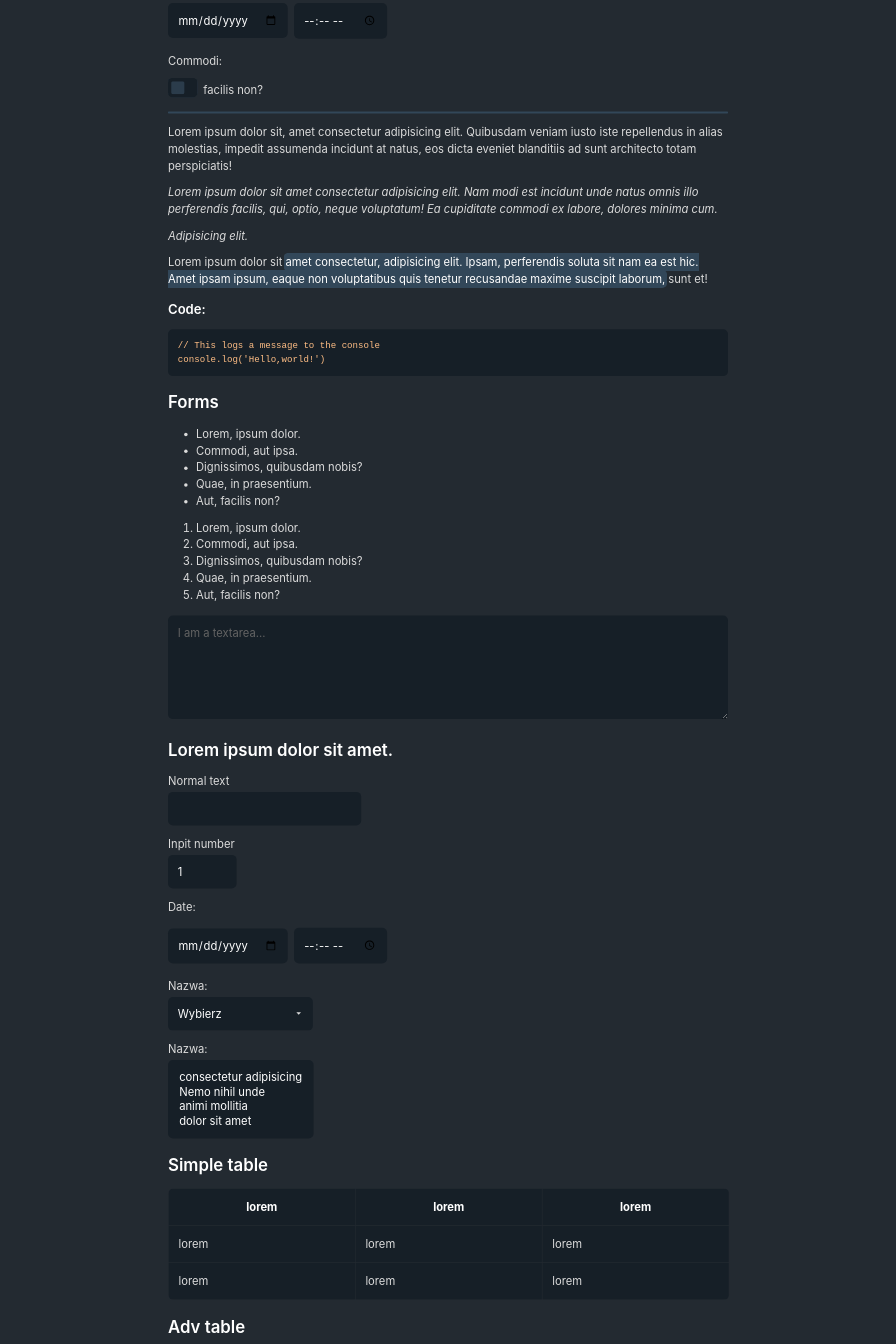
Repository: KozakBartosz/Draft
Page: index.html
These files come from the project's save history. The page is drawn as it stood at one moment and after the next save; the edit follows.
The browser window is 1280 px wide. The pictures show the part of the page from y = 1266 to 3186 px (the page is 6223 px tall before and 6299 px after), at 70% of full size.

Above is the page before, as saved 2019-04-12 13:49:07.

### index.html
<!DOCTYPE html>
<html lang="en">
	<head>
		<meta charset="UTF-8" />
		<meta name="viewport" content="width=device-width, initial-scale=1.0" />
		<meta http-equiv="X-UA-Compatible" content="ie=edge" />
		<title>Draft.css</title>
		<link rel="stylesheet" href="draft.css" />
	</head>
	<body style="--sticky: calc(var(--mainpaddng) * 2 + 52px);">
		<header>
			<div style="float: right">
				Thema:
				<select name="" id="changethema">
					<option value="0">Defult</option>
					<option value="1">Defult mini</option>
					<option value="2">Light</option>
					<option value="3">Blood</option>
					<option value="4">Matrix</option>
				</select>
			</div>
			<h1 style="margin-bottom: 0">
				<input type="checkbox" checked="checked" /> Draft.css
			</h1>
		</header>
		<h1>The most simple css framwork</h1>
		<h2>What is <mark>draft.css</mark></h2>
		<p>
			Draft.css is targeted at quickly creating prototypes of forms and
			simple templates. Designed to written html code looked beautiful and
			did not require any class and non-standard elements.
		</p>

		<h2>Idea</h2>
		<p>
			The idea behind <strong>Draft.css</strong> is to create the most
			beautiful, useful and interesting styles without using Javascript.
		</p>
		<h2>How use?</h2>
		<p>
			All you have to do is add this code to the
			<mark>head</mark> section:
		</p>

		<pre><code>&lt;link rel="stylesheet" href="https://test.kozakbartosz.pl/draft/def.css" /&gt;</code></pre>

		<h1>Examples:</h1>

		<h3>Code:</h3>

		<pre><code>&lt;label&gt;<br />&nbsp; &nbsp; Normal text: &lt;input type="text" placeholder="placeholder..." /&gt;<br />&lt;/label&gt;<br />&lt;label&gt;<br />&nbsp; &nbsp; Inpit number: &lt;input type="number" value="1"/&gt;<br />&lt;/label&gt;<br />Data:<br />&lt;p&gt;<br />&nbsp; &nbsp; &lt;input type="date" /&gt;<br />&nbsp; &nbsp; &lt;input type="time" /&gt;<br />&lt;/p&gt;<br />Commodi:<br />&lt;label&gt;<br />&nbsp; &nbsp; &lt;input type="checkbox" /&gt; facilis non?<br />&lt;/label&gt;</code></pre>
		<h3>Result:</h3>
		<label>
			Normal text
			<input type="text" placeholder="placeholder..." />
		</label>
		<label>
			Inpit number
			<input type="number" value="1" />
		</label>
		Data:
		<p>
			<input type="date" />
			<input type="time" />
		</p>
		Commodi:
		<label> <input type="checkbox" /> facilis non? </label>

		<hr />

		<p>
			Lorem ipsum dolor sit, amet consectetur adipisicing elit. Quibusdam
			veniam iusto iste repellendus in alias molestias, impedit assumenda
			incidunt at natus, eos dicta eveniet blanditiis ad sunt architecto
			totam perspiciatis!
		</p>

		<cite>
			<p>
				Lorem ipsum dolor sit amet consectetur adipisicing elit. Nam
				modi est incidunt unde natus omnis illo perferendis facilis,
				qui, optio, neque voluptatum! Ea cupiditate commodi ex labore,
				dolores minima cum.
			</p>
			<p>Adipisicing elit.</p>
		</cite>

		<p>
			Lorem ipsum dolor sit
			<mark
				>amet consectetur, adipisicing elit. Ipsam, perferendis soluta
				sit nam ea est hic. Amet ipsam ipsum, eaque non voluptatibus
				quis tenetur recusandae maxime suscipit laborum,</mark
			>
			sunt et!
		</p>

		<h3>Code:</h3>
		<pre><code>// This logs a message to the console<br />console.log('Hello,world!')</code></pre>

		<h2>Forms</h2>

		<ul>
			<li>Lorem, ipsum dolor.</li>
			<li>Commodi, aut ipsa.</li>
			<li>Dignissimos, quibusdam nobis?</li>
			<li>Quae, in praesentium.</li>
			<li>Aut, facilis non?</li>
		</ul>
		<ol>
			<li>Lorem, ipsum dolor.</li>
			<li>Commodi, aut ipsa.</li>
			<li>Dignissimos, quibusdam nobis?</li>
			<li>Quae, in praesentium.</li>
			<li>Aut, facilis non?</li>
		</ol>
		<textarea
			name="about"
			id="about"
			placeholder="I am a textarea..."
			rows="6"
		></textarea>
		<h2>Lorem ipsum dolor sit amet.</h2>
		<label>
			Normal text
			<input type="text" />
		</label>
		<label>
			Inpit number <input type="number" / value="1">
		</label>
		Date:
		<p>
			<input type="date" />
			<input type="time" />
		</p>
		<label>
			Nazwa:
			<select name="" id="">
				<option value="">Wybierz</option>
				<option value="">Fuga aut vero</option>
				<option value="">veritatis accusamus</option>
				<option value="">quam</option>
			</select>
		</label>
		<label>
			Nazwa:
			<select name="" id="" multiple>
				<option value="">consectetur adipisicing</option>
				<option value="">Nemo nihil unde</option>
				<option value="">animi mollitia</option>
				<option value="">dolor sit amet</option>
			</select>
		</label>

		<h2>Simple table</h2>

		<table>
			<tr>
				<th>lorem</th>
				<th>lorem</th>
				<th>lorem</th>
			</tr>
			<tr>
				<td>lorem</td>
				<td>lorem</td>
				<td>lorem</td>
			</tr>
			<tr>
				<td>lorem</td>
				<td>lorem</td>
				<td>lorem</td>
			</tr>
		</table>

		<h2>Adv table</h2>
		<p>
			When we added the <code>&lt;thead&gt;</code> and
			<code>&lt;tbody&gt;</code> table has
			<code>table-layout: fixed</code> and
			<code>position: sticky</code> for thead
		</p>

		<table>
			<thead>
				<tr>
					<th width="5%">#</th>
					<th>Kod</th>
					<th>Nazwa</th>
					<th>Opis</th>
					<th width="120px"></th>
				</tr>
			</thead>
			<tbody>
				<tr>
					<td width="5%">1</td>
					<td><code>EDG-651</code></td>
					<td>Lorem ipsum dolor</td>
					<td>
						Lorem ipsum dolor sit amet, consectetur adipisicing
						elitdolor sitamet
					</td>
					<td width="120px" style="text-align: right;">
						<input type="checkbox" />
					</td>
				</tr>
				<tr>
					<td width="5%">2</td>
					<td><code>EDG-652</code></td>
					<td>Lorem ipsum dolor</td>
					<td>
						Lorem ipsum dolor sit amet, consectetur adipisicing
						elitdolor sitamet
					</td>
					<td width="120px" style="text-align: right;">
						<input type="checkbox" />
					</td>
				</tr>
				<tr>
					<td width="5%">3</td>
					<td><code>EDX-652*</code></td>
					<td>Lorem ipsum dolor</td>
					<td>
						Lorem ipsum dolor sit amet, consectetur adipisicing
						elitdolor sitamet
					</td>
					<td width="120px" style="text-align: right;">
						<input type="checkbox" />
					</td>
				</tr>
				<tr>
					<td width="5%">5</td>
					<td><code>EDD-655</code></td>
					<td>Lorem ipsum dolor</td>
					<td>
						Lorem ipsum dolor sit amet, consectetur adipisicing
						elitdolor sitamet
					</td>
					<td width="120px" style="text-align: right;">
						<input type="checkbox" />
					</td>
				</tr>
			</tbody>
			<tfoot>
				<tr>
					<td colspan="4">Lorem ipsum doreta: <b>3</b></td>
					<td width="120px"><button>Remove</button></td>
				</tr>
			</tfoot>
		</table>

		<h3>Checkbox</h3>
		<label> <input type="checkbox" /> Ale ma kota </label>

		<label> <input type="checkbox" /> Ale ma kota2 </label>

		<label> <input type="checkbox" /> Ale ma kota3 </label>

		<h3>Radio</h3>
		<label> <input type="radio" name="radio" /> Ale ma kota </label>
		<label> <input type="radio" name="radio" /> Ale ma kota2 </label>
		<label> <input type="radio" name="radio" /> Ale ma kota3 </label>

		<hr />

		<h2>Search</h2>

		<fieldset class="search">
			<legend>Szukaj</legend>
			<form action="produkty,szukaj" method="get">
				<input
					type="text"
					name="q"
					placeholder="Wpisz czego szukasz..."
				/>
				<button>Szukaj</button>
			</form>
		</fieldset>

		<h2>Change button color by html</h2>

		<h2>Code</h2>
		<pre><code>&lt;button&gt;Exit&lt;/button&gt;<br>&lt;button style="--button: #7e1616; --buttonhover: #b40d0d;"&gt;
	Ok<br>&lt;/button&gt;</code></pre>

		<h3>result</h3>
		<button>Exit</button>
		<button style="--button: #7e1616; --buttonhover: #b40d0d;">
			Ok
		</button>

		<h2>Details</h2>

		<details>
			<summary>Szczypta detali</summary>
			<p>Informacje szczegółowe na dany temat.</p>
		</details>

		<details open>
			<summary>Jeszcze wiecej szczegółów</summary>
			<p>Tu jest jeszcze wiecej informacji szczegółowych</p>
		</details>

		<details>
			<summary>Jeszcze wiecej szczegółów</summary>
			<p>
				Lorem ipsum dolor sit amet consectetur adipisicing elit. Minima
				fugiat explicabo assumenda ducimus nobis aliquid esse, ad ab
				sapiente officiis repellat et, nisi atque itaque autem ut
				architecto tempore consequatur.
			</p>
		</details>

		<h2>Real Form</h2>

		<details>
			<summary>Jeszcze wiecej szczegółów</summary>
			<p>
				Lorem ipsum dolor sit amet consectetur adipisicing elit. Minima
				fugiat explicabo assumenda ducimus nobis aliquid esse, ad ab
				sapiente officiis repellat et, nisi atque itaque autem ut
				architecto tempore consequatur.
			</p>
		</details>

		<form>
			<label for="email">Email</label>
			<input
				type="email"
				name="email"
				required=""
				id="email"
				value=""
				placeholder="john.doe@gmail.com"
			/>
			<label for="text">Text</label>
			<input
				type="text"
				name="email"
				required=""
				id="text"
				value=""
				placeholder="john.doe@gmail.com"
			/>

			<label for="id">User id (read only)</label>
			<input readonly="" name="id" id="id" value="04D6H89Z" />

			<label for="disabled">Random disabled input</label>
			<input
				disabled=""
				name="disabled"
				id="disabled"
				placeholder="Because why not?"
			/>

			<label for="about">About me</label>

			<input type="checkbox" name="remember" id="remember" checked="" />
			<label for="remember">Remember me</label>

			<input type="submit" />
		</form>

		<p>
			<strong>Lorem ipsum</strong> dolor sit,
			<a href="">amet consectetur adipisicing</a> elit.
			<i>Hic nobis</i> atque eligendi voluptatum doloribus rem praesentium
			veniam quo delectus explicabo, architecto ipsam ipsa unde vitae
			excepturi iusto nesciunt placeat ducimus.
		</p>
		<p>
			Lorem ipsum dolor sit amet consectetur adipisicing elit. Enim saepe
			quisquam delectus accusantium nam recusandae obcaecati ullam, non
			neque <a href="">commodi modi tempore </a>magni magnam. Tenetur
			officiis mollitia facere libero sint.
		</p>
		<h4>Lorem ipsum dolor sit amet.</h4>
		<p>
			Lorem ipsum dolor, sit amet consectetur adipisicing elit. Possimus,
			vero quibusdam. Rerum libero nihil aspernatur, ipsam vel voluptatem
			inventore quasi. Odit, sapiente? Delectus beatae laudantium sapiente
			cupiditate et libero? Corrupti.
		</p>

		<button>Send</button>
		<script>
			var themes = [
				[
					{ brand: "#41adff" },
					{ mainbg: "#232a31" },
					{ mainpaddng: "14px" },
					{ radius: "7px" },

					{ low: "#161f27" },
					{ like: "#2b3c4b" },
					{ midi: "#324759" },
					{ hight: "#0b7392" },

					{ text: "#dbdbdb" },
					{ textContrast: "#fff" },

					{ code: "#ffbe85" },

					{ button: "#2b3c4a" },
					{ buttonhover: "#334a5e" },
					{ buttontext: "#fff" },

					{ fillhover: "#1b2731" }
				],
				[
					{ brand: "#41adff" },
					{ mainbg: "#232a31" },
					{ mainpaddng: "12px" },
					{ radius: "12px" },

					{ low: "#161f27" },
					{ like: "#2b3c4b" },
					{ midi: "#324759" },
					{ hight: "#0b7392" },

					{ text: "#dbdbdb" },
					{ textContrast: "#fff" },

					{ code: "#ffbe85" },

					{ button: "#2b3c4a" },
					{ buttonhover: "#334a5e" },
					{ buttontext: "#fff" },

					{ fillhover: "#1b2731" }
				],
				[
					{ brand: "#41adff" },
					{ mainbg: "#ffffff" },
					{ mainpaddng: "14px" },
					{ radius: "7px" },

					{ low: "#e8f1fa" },
					{ like: "#cfe2f7" },
					{ midi: "#b2cee7" },
					{ hight: "#1db5e4" },

					{ text: "#3f4646" },
					{ textContrast: "#1a1f1f" },

					{ code: "#20595f" },

					{ button: "#3dcca1" },
					{ buttonhover: "#34e0ad" },
					{ buttontext: "#fff" },

					{ fillhover: "#e8f5ff" }
				],
				[
					{ mainpaddng: "18px" },
					{ radius: "3px" },
					{ brand: "#c21a1a" },
					{ mainbg: "#312323" },

					{ code: "#ffbe85" },

					{ text: "#dbdbdb" },
					{ textContrast: "#fff" },

					{ button: "#4a2b2b" },
					{ buttonhover: "#5e3333" },
					{ buttontext: "#fff" },

					{ fillhover: "#311b1b" },

					{ low: "#271616" },
					{ like: "#4b2b2b" },
					{ midi: "#593232" },
					{ hight: "#800f0f" }
				],
				[
					{ mainpaddng: "11px" },
					{ radius: "13px" },
					{ brand: "#1ac260" },
					{ mainbg: "#233126" },

					{ code: "#c0ff85" },

					{ text: "#dbdbdb" },
					{ textContrast: "#fff" },

					{ button: "#324a2b" },
					{ buttonhover: "#385e33" },
					{ buttontext: "#fff" },

					{ fillhover: "#1b3122" },

					{ low: "#162717" },
					{ like: "#2b4b2e" },
					{ midi: "#32593f" },
					{ hight: "#0f803a" }
				]
			];

			let changethema = document.getElementById("changethema");
			let root = document.documentElement;
			changethema.addEventListener("change", e => {
				console.log(e);
				var theme = themes[e.target.value];
				theme.forEach(element => {
					var k = Object.keys(element)[0];
					root.style.setProperty("--" + k, element[k]);
				});
			});
		</script>
	</body>
</html>

### draft.css
/* TO DO */
/* <details> */
:root {
	--brand: #41adff;
	--mainbg: #232a31;
	--mainpaddng: 14px;
	--radius: 7px;

	--low: #161f27;
	--like: #2b3c4b;
	--midi: #324759;
	--hight: #0b7392;

	--text: #dbdbdb;
	--textContrast: #fff;

	--code: #ffbe85;

	--button: #2b3c4a;
	--buttonhover: #334a5e;
	--buttontext: #fff;

	--fillhover: #1b2731;

	--sticky: 0px;
}
/*
:root {
	--brand: #41adff;
	--mainbg: #ffffff;
	--mainpaddng: 14px;
	--radius: 7px;

	--low: #e8f1fa;
	--like: #cfe2f7;
	--midi: #b2cee7;
	--hight: #1db5e4;

	--text: #3f4646;
	--textContrast: #1a1f1f;

	--code: #20595f;

	--button: #3dcca1;
	--buttonhover: #34e0ad;
	--buttontext: #fff;

	--fillhover: #e8f5ff;
} */

/* :root {
	--mainpaddng: 18px;
	--radius: 3px;
	--brand: #c21a1a;
	--mainbg: #312323;

	--code: #ffbe85;

	--text: #dbdbdb;
	--textContrast: #fff;

	--button: #4a2b2b;
	--buttonhover: #5e3333;
	--buttontext: #fff;

	--fillhover: #311b1b;

	--low: #271616;
	--like: #4b2b2b;
	--midi: #593232;
	--hight: #800f0f;
} */

/* :root {
	--mainpaddng: 11px;
	--radius: 13px;
	--brand: #1ac260;
	--mainbg: #233126;

	--code: #c0ff85;

	--text: #dbdbdb;
	--textContrast: #fff;

	--button: #324a2b;
	--buttonhover: #385e33;
	--buttontext: #fff;

	--fillhover: #1b3122;

	--low: #162717;
	--like: #2b4b2e;
	--midi: #32593f;
	--hight: #0f803a;
} */
body {
	font-family: -apple-system, BlinkMacSystemFont, "Segoe UI", "Roboto",
		"Oxygen", "Ubuntu", "Cantarell", "Fira Sans", "Droid Sans",
		"Helvetica Neue", sans-serif;
	line-height: 1.5;
	max-width: 800px;
	margin: 0px auto var(--mainpaddng);
	padding: 0 var(--mainpaddng);
	color: var(--text);
	background: var(--mainbg);
	text-rendering: optimizeLegibility;
}

label {
	display: block;
}
a,
a:active,
button,
button:active,
input,
input:active,
textarea,
details,
summary,
th,
td {
	outline: none;
	box-shadow: none;
	transition: background-color 0.2s ease, box-shadow 0.2s ease,
		transform 0.2s ease;
}
h1 {
	font-size: 2.2em;
	margin-top: 0;
}
h1,
h2,
h3,
h4,
h5,
h6 {
	margin-bottom: 12px;
}
h1,
h2,
h3,
h4,
h5,
h6,
strong {
	color: var(--textContrast);
	font-weight: 600;
}
button,
input[type="submit"],
input[type="button"],
input[type="checkbox"],
input[type="radio"] {
	cursor: pointer;
	display: inline-block;
}

input,
select,
button,
textarea {
	/* display: block; */
	color: var(--textContrast);
	background-color: var(--low);
	font-family: inherit;
	font-size: inherit;
	margin: 4px 4px 6px 0;
	padding: var(--mainpaddng);
	border: none;
	border-radius: var(--radius);
	outline: none;
	-webkit-appearance: none;
	vertical-align: middle;
}
input[type="number"] {
	max-width: calc(var(--mainpaddng) * 5);
}

button:hover,
input:hover,
select:hover,
textarea:hover,
textarea:hover {
	background-color: var(--fillhover);
}

label > input,
label > select {
	display: block;
}

textarea {
	margin-right: 0;
	width: 100%;
	box-sizing: border-box;
	resize: vertical;
}
button,
input[type="submit"],
input[type="button"] {
	color: var(--buttontext);
	background-color: var(--button);
	padding: var(--mainpaddng) calc(var(--mainpaddng) * 2);
}

select:not([multiple]) {
	padding-right: calc(var(--mainpaddng) * 3);
	background: var(--low)
		url("data:[embedded picture, 198 characters]")
		100% 50%/27px 7px no-repeat;
}

/* input:not([value=""]):invalid,
select:not([value=""]):invalid,
textarea:not([value=""]):invalid {
	box-shadow: 0 0 0 2px darkred;
} */

input:focus,
select:focus,
button:focus,
textarea:focus {
	background-color: var(--fillhover);
	box-shadow: 0 0 0 2px var(--hight);
}

button:focus,
input[type="submit"]:focus,
input[type="button"]:focus {
	background-color: var(--buttonhover);
}

button:hover,
input[type="submit"]:hover,
input[type="button"]:hover {
	background-color: var(--buttonhover);
	box-shadow: 0 5px 20px -5px rgba(0, 0, 0, 0.35), 0 3px 0 0 var(--button);
	transform: translateY(-3px);
}
button:active,
input[type="submit"]:active,
input[type="button"]:active {
	transform: translateY(0px);
	box-shadow: 0 5px 20px -5px rgba(0, 0, 0, 0.35);
}

input:disabled {
	cursor: not-allowed;
	opacity: 0.5;
}

input[type="radio"],
input[type="checkbox"] {
	margin-top: -2px;
	transition: background-color 0.25s ease,
		box-shadow 0.25s cubic-bezier(0.53, 1.59, 0.51, 1);
}
input[type="checkbox"] {
	background-color: var(--like);
	width: calc(var(--mainpaddng) * 3);
	box-shadow: calc(var(--mainpaddng) * -1) 0 0 calc(var(--mainpaddng) / 3)
			var(--low) inset,
		0 0 0 calc(var(--mainpaddng) / 3) var(--low) inset;
}
input[type="checkbox"]:hover,
input[type="radio"]:hover {
	background-color: var(--midi);
}
input[type="checkbox"]:focus {
	box-shadow: calc(var(--mainpaddng) * -1) 0 0 calc(var(--mainpaddng) / 3)
			var(--low) inset,
		0 0 0 calc(var(--mainpaddng) / 3) var(--low) inset,
		0 0 0 2px var(--hight);
}

input[type="radio"] {
	border-radius: 100%;
	box-shadow: 0 0 0 calc(var(--mainpaddng) / 2) var(--low) inset;
}
input[type="checkbox"]:checked,
input[type="radio"]:checked {
	box-shadow: 0 0 0 calc(var(--mainpaddng) / 3) var(--low) inset,
		0 0 0 2px var(--hight), 0 0 0 1px var(--low);
	background-color: var(--brand);
}

input[type="checkbox"]:checked {
	box-shadow: var(--mainpaddng) 0 0 calc(var(--mainpaddng) / 3) var(--low)
			inset,
		0 0 0 calc(var(--mainpaddng) / 3) var(--low) inset,
		0 0 0 2px var(--hight);
}

::placeholder {
	color: #636363;
}
a {
	text-decoration: none;
	color: var(--hight);
}
a:hover {
	text-decoration: underline;
	color: var(--brand);
}

mark {
	background: linear-gradient(var(--brand), var(--brand)) 50% 100%/100% 40%
		no-repeat;
	background: var(--midi);
	padding: 3px;
	margin: -3px;
	/* text-shadow: 1px 1px 1px var(--mainbg), -1px 1px 1px var(--mainbg),
		0px 1px 1px var(--mainbg); */
	color: var(--textContrast);
	border-radius: var(--radius);
}

ul,
ol,
label,
code,
p {
	margin: var(--mainpaddng) 0;
}

code,
kbd {
	background: var(--low);
	color: var(--code);
	padding: 4px;
	border-radius: var(--radius);
}

city,
q {
}

/* pre {
	margin: 0 calc(var(--mainpaddng) * -1);
} */
pre > code {
	display: block;
	overflow-x: auto;
	padding: var(--mainpaddng);
}
img {
	max-width: 100%;
}
hr {
	margin: var(--mainpaddng) 0;
	border: none;
	height: 3px;
	border-radius: calc(var(--radius) / 6);
	background: var(--midi);
}
fieldset {
	border: 3px solid var(--midi);
	border-radius: var(--radius);
}
fieldset > legend {
	font-weight: 600;
	color: var(--textContrast);
	padding: calc(var(--mainpaddng) / 2) calc(var(--mainpaddng));
}

details {
	padding: var(--mainpaddng);
	border-radius: var(--radius);
	padding-bottom: calc(var(--mainpaddng) + var(--radius));
	background: var(--low);
}

details:last-of-type {
	padding-bottom: var(--mainpaddng);
}

details + details {
	margin-top: calc(var(--radius) * -1);
	border-top: 1px solid var(--mainbg);
	border-radius: 0 0 var(--radius) var(--radius);
}

details[open],
details:hover:not([open]) {
	background: var(--like);
	z-index: 1;
}
details summary {
	cursor: pointer;
	margin: calc(var(--mainpaddng) * -1);
	padding: var(--mainpaddng);
}

table {
	/* display: block; */
	/* overflow-x: auto; */
	/* border-collapse: collapse; */
	margin: var(--mainpaddng) -1px;
	width: calc(100% + 2px);
	border-spacing: 1px;
	position: relative;
}
tbody,
tfoot,
thead {
	border-radius: calc(var(--radius) + 2px);
	overflow: hidden;
	background: var(--mainbg);
	table-layout: fixed;
	position: relative;
	z-index: 0;
	display: table;
	width: calc(100% + 2px);
}

header,
thead {
	background: var(--mainbg);
	position: sticky;
	top: var(--sticky);
	z-index: 5;
	box-shadow: 0px 12px 15px -15px rgba(0, 0, 0, 0.35);
}
header {
	z-index: 10;
	top: 0px;
	display: block;
	padding: var(--mainpaddng);
	margin: 0 calc(var(--mainpaddng) * -1) var(--mainpaddng);
}
td,
th {
	padding: var(--mainpaddng);
	background: var(--low);
}
th {
	color: var(--textContrast);
}
tr:hover td {
	background-color: var(--fillhover);
}

After the next save:
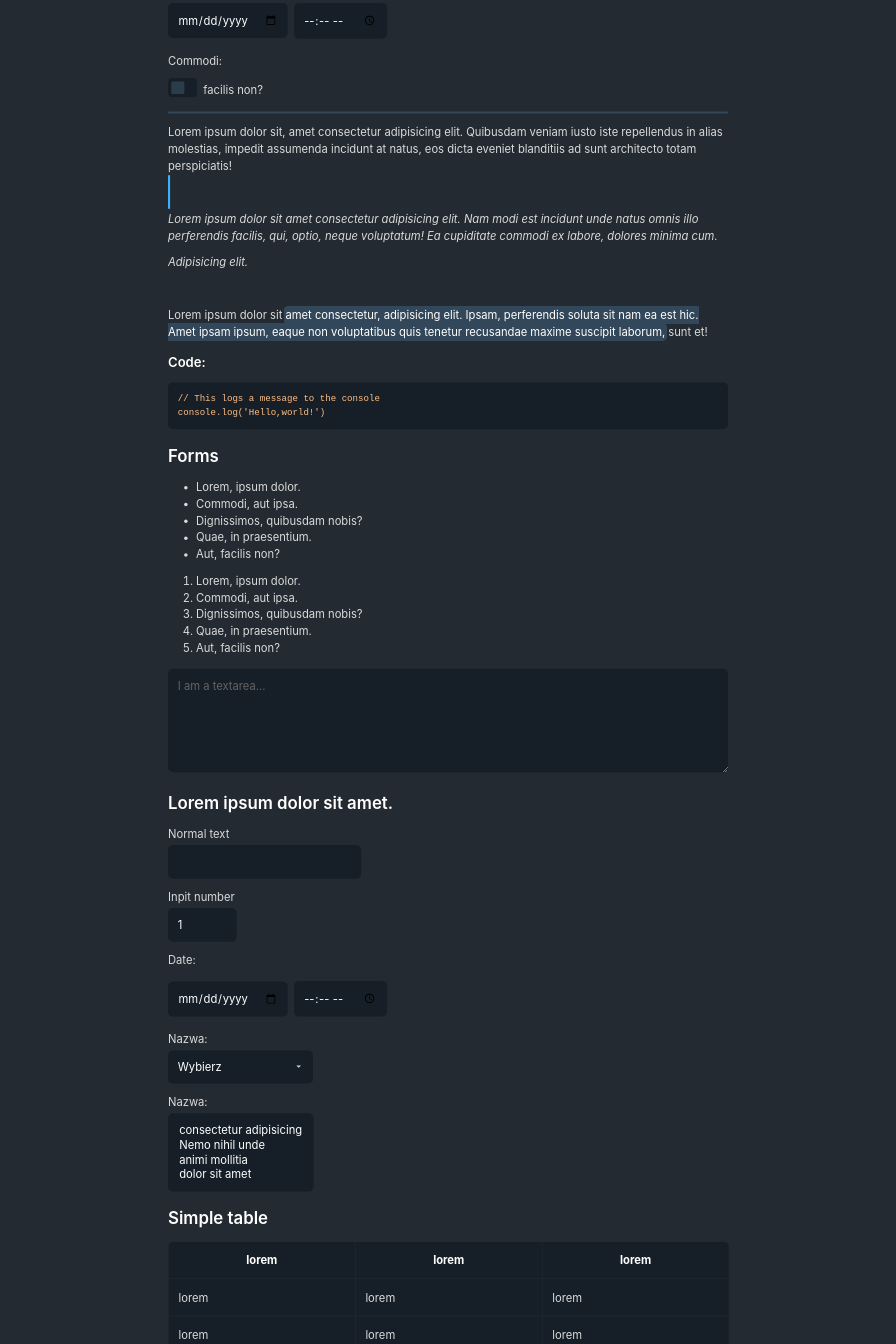
Saved 47 s later.
--- a/draft.css
+++ b/draft.css
@@ -332,8 +332,11 @@ kbd {
 	border-radius: var(--radius);
 }
 
-city,
+cite,
 q {
+	margin: var(--mainpaddng) 0;
+	padding: var(--mainpaddng);
+	border-left: 3px solid var(--brand);
 }
 
 /* pre {
